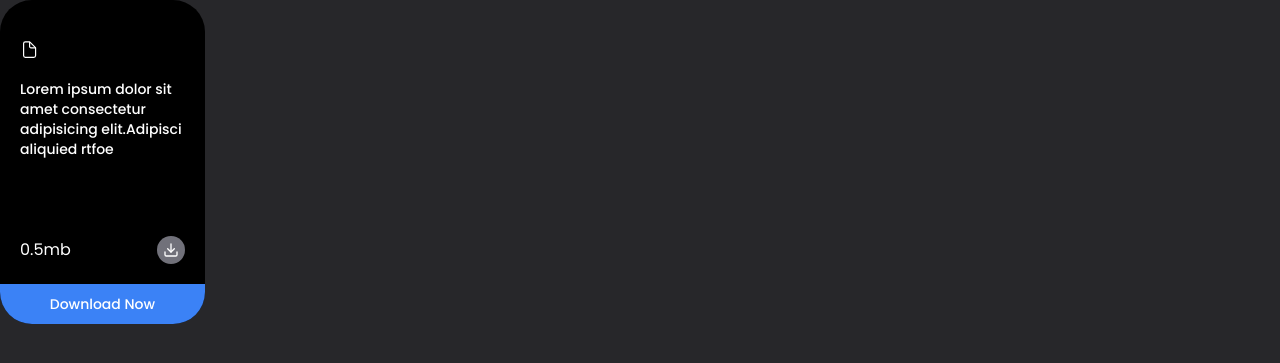
Repository: SharonSebastian32/dragable_cards
Page: /
These files come from the project's save history. The page is drawn as it stood at one moment and after a run of saves; the edit follows.
The browser window is 1280 px wide. The pictures show the whole page.
Some web fonts or font styles are not loaded; a fallback is used. The project was rebuilt for these pictures with package versions that can differ from the ones it lists, and the page was loaded fresh each time. Also part of the build but not shown: vite.config.js.

Above is the page before, as saved 2024-08-21 11:05:17.

After the next 2 saves:
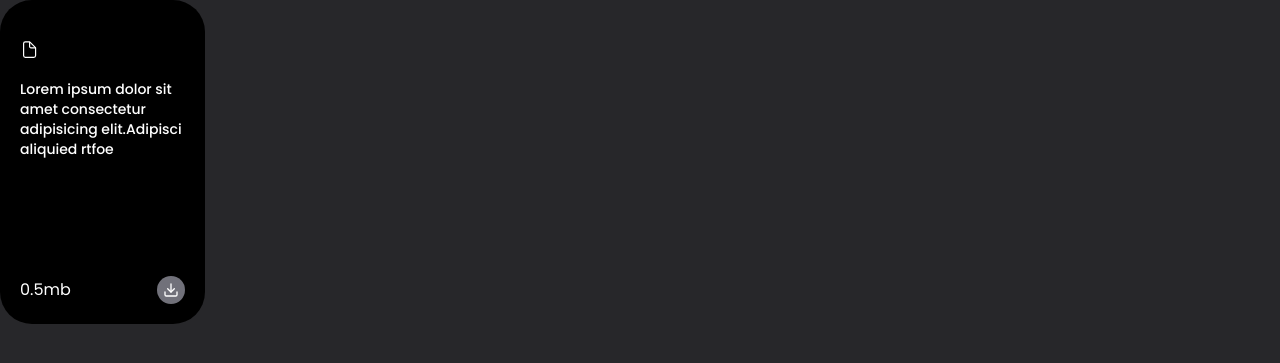
The 2 saves are shown as one change because they came seconds apart.
The last was saved 65 s later.
--- a/src/Components/Card.jsx
+++ b/src/Components/Card.jsx
@@ -16,9 +16,10 @@
             {data.close ? <IoCloseSharp /> : <LuDownload />}
           </span>
         </div>{" "}
-        <div className="w-full h-10 bg-blue-500 flex items-center justify-center cursor-pointer ">
+        {/* <div className="w-full h-10 bg-blue-500 flex items-center justify-center cursor-pointer ">
           <h2 className=" text-sm font-medium"> Download Now </h2>
-        </div>
+        </div> */}
+
       </div>
     </div>
   );

After the save that followed:
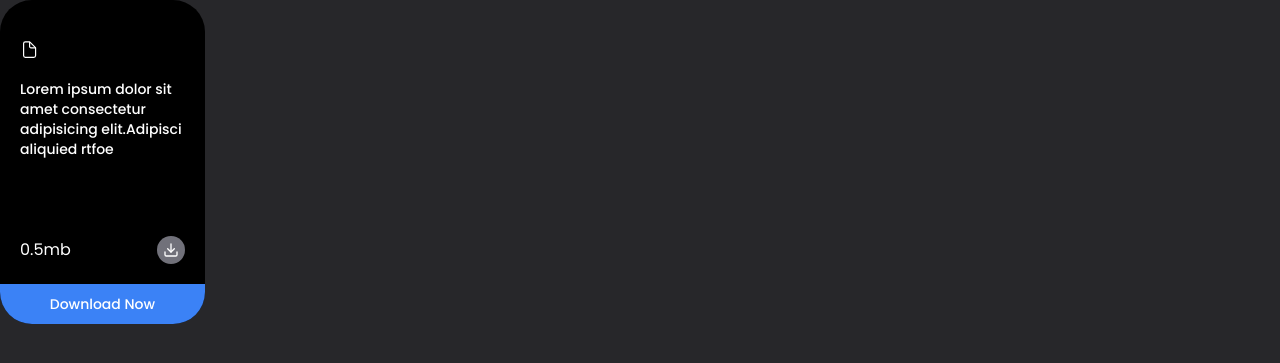
Saved 5 s later.
--- a/src/Components/Card.jsx
+++ b/src/Components/Card.jsx
@@ -16,10 +16,9 @@
             {data.close ? <IoCloseSharp /> : <LuDownload />}
           </span>
         </div>{" "}
-        {/* <div className="w-full h-10 bg-blue-500 flex items-center justify-center cursor-pointer ">
+        <div className="w-full h-10 bg-blue-500 flex items-center justify-center cursor-pointer ">
           <h2 className=" text-sm font-medium"> Download Now </h2>
-        </div> */}
-
+        </div>
       </div>
     </div>
   );
